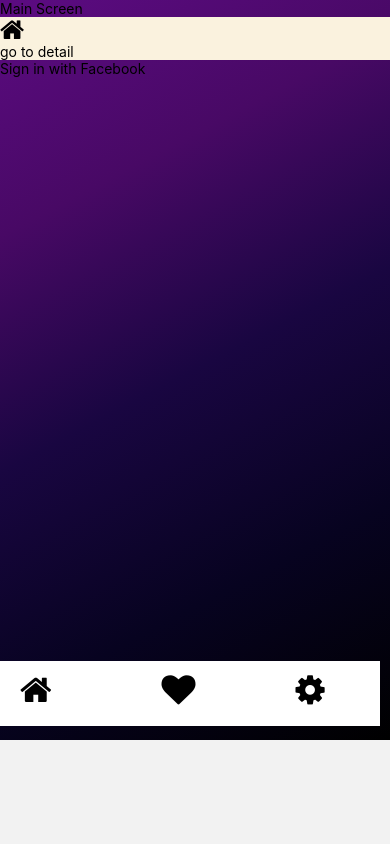
Repository: eyebone/barManager
Screen: /Main
An editor plug-in stored every save of this project. The screen is shown before and after the next save, followed by the edit.
The app was drawn by React Native's web renderer in a window 390 px wide. The project was rebuilt for these pictures with package versions that can differ from the ones it lists, and the page was loaded fresh each time. Some packages were replaced by stand-ins written for this rebuild. Also part of the build but not shown: components/EmojiPicker.js, components/Button.js, components/ImageViewer.js, components/circleButton.js, components/IconButton.js, view/ViewOne.js, view/Sign.js.

Above is the screen before, as saved 2023-06-27 09:06:13.

### App.js
// In App.js in a new project

import * as React from "react";
import { Button, View, Text, StyleSheet, Pressable, Alert } from "react-native";
// import React-native from 'react-native';
import { NavigationContainer } from "@react-navigation/native";
import { createNativeStackNavigator } from "@react-navigation/native-stack";
import { ViewOne } from "./view/ViewOne";
import { SignView } from "./view/Sign";
import { LinearGradient } from "expo-linear-gradient";
import FontAwesome from "react-native-vector-icons/FontAwesome";
import { MainView } from "./view/Main";
import { NavigationBar } from "./components/NavigationBar";
function HomeScreen({ navigation }) {
  return (
    <View style={styles.container}>
      <LinearGradient
        start={{ x: 0, y: 0 }}
        end={{ x: 1, y: 1 }}
        colors={["#5c0b82", "#480965", "#190641", "#070320", "#000000"]}
        style={styles.linearGradient}
      >
        <Text>Home Screen</Text>
        <Pressable
          style={(styles.button, { backgroundColor: "#faf2de" })}
          onPress={() => navigation.push("test")}
        >
          <FontAwesome name="home" size={26} style={{ paddingRight: 8 }} />
          <Text>go to detail</Text>
        </Pressable>

        <Button
          title="Go to Sign"
          onPress={() => navigation.navigate("sign")}
        />
        <Text style={styles.buttonText}>Sign in with Facebook</Text>
      </LinearGradient>
    </View>
  );
}

const Stack = createNativeStackNavigator();

function App() {
  return (
    <NavigationContainer style={styles.container}>
      <Stack.Navigator initialRouteName="Home">
        <Stack.Screen
          name="Home"
          component={HomeScreen}
          // options={{ title: "Overview", backgroundColor: "transparent" }}
          options={{ headerShown: false }}
        />

        <Stack.Screen name="test" component={ViewOne} />
        <Stack.Screen
          name="sign"
          component={SignView}
          options={{ headerShown: false }}
        />
        <Stack.Screen
          name="Main"
          component={MainView}
          options={{ headerShown: false }}
        />
      </Stack.Navigator>
    </NavigationContainer>
  );
}

export default App;

const styles = StyleSheet.create({
  container: {
    flex: 1,
    flexDirection: "column",
    backgroundColor: "#000000",
    //    alignItems: 'center',
  },
  linearGradient: {
    height: 740,
  },
  button: {
    borderRadius: 10,
    width: 300,
    height: 30,
    alignItems: "center",
    justifyContent: "center",
    flexDirection: "row",
  },
});

### view/Main.js
// 这是主界面

import { useState } from "react";
import { StatusBar } from "expo-status-bar";
import { StyleSheet, View } from "react-native";
import * as ImagePicker from "expo-image-picker";
import EmojiPicker from "../components/EmojiPicker";
import Button from "../components/Button";
import ImageViewer from "../components/ImageViewer";
import CircleButton from "../components/circleButton";
import IconButton from "../components/IconButton";
import { NavigationContainer } from "@react-navigation/native";
import { createNativeStackNavigator } from "@react-navigation/native-stack";
import { Text, Pressable } from "react-native";
import { NavigationBar } from "../components/NavigationBar";
import { LinearGradient } from "expo-linear-gradient";
import FontAwesome from "react-native-vector-icons/FontAwesome";

export function MainView({ navigation }) {
  return (
    <LinearGradient
      start={{ x: 0, y: 0 }}
      end={{ x: 1, y: 1 }}
      colors={["#5c0b82", "#480965", "#190641", "#070320", "#000000"]}
      style={styles.linearGradient}
    >
      <Text>Main Screen</Text>
      <Pressable
        style={(styles.button, { backgroundColor: "#faf2de" })}

      >
        <FontAwesome name="home" size={26} style={{ paddingRight: 8 }} />
        <Text>go to detail</Text>
      </Pressable>


      <Text style={styles.buttonText}>Sign in with Facebook</Text>
      <NavigationBar />
    </LinearGradient>
  );
}

const styles = StyleSheet.create({
  container: {
    flex: 1,
    flexDirection: "column",
    backgroundColor: "#000000",
    //    alignItems: 'center',
  },
  linearGradient: {
    height: 740,
  },
  button: {
    borderRadius: 10,
    width: 300,
    height: 30,
    alignItems: "center",
    justifyContent: "center",
    flexDirection: "row",
  },
});

### components/NavigationBar.js
//这是底部导航栏
import { StatusBar } from "expo-status-bar";
import { StyleSheet, View, Text } from "react-native";
import Button from "../components/Button";
import ImageViewer from "../components/ImageViewer";
import * as ImagePicker from "expo-image-picker";
import { useState } from "react";
const PlaceholderImage = require("../assets/images/background-image.png");
import * as React from "react";
import FontAwesome from "react-native-vector-icons/FontAwesome";
import {
  FlatList,
  Image,
  Platform,
  Pressable,
  PixelRatio,
  TextInput,
  Alert,
} from "react-native";
import { NavigationContainer } from "@react-navigation/native";
import { createNativeStackNavigator } from "@react-navigation/native-stack";
import { LinearGradient } from "expo-linear-gradient";
import CircleButton from "./circleButton";
export function NavigationBar({ navigation }) {
  return (
    <View style={styles.bar}>
      <Pressable
        style={{ marginLeft: 20, marginTop: 12 }}
        onPress={() => navigation.push("Home")}
      >
        <FontAwesome name="home" size={34}></FontAwesome>
      </Pressable>
      <Pressable>
        <FontAwesome
          name="heart"
          size={34}
          style={{ marginLeft: 110, marginTop: 12 }}
        ></FontAwesome>
      </Pressable>
      {/* <CircleButton /> */}
      <Pressable>
        <FontAwesome
          name="cog"
          size={34}
          style={{ marginLeft: 100, marginTop: 12 }}
        ></FontAwesome>
      </Pressable>
    </View>
  );
}

const styles = StyleSheet.create({
  bar: {
    width: 380,
    height: 65,
    backgroundColor: "#fff",
    marginTop: 584,
    flexDirection: "row",
  },
});

After the next save:
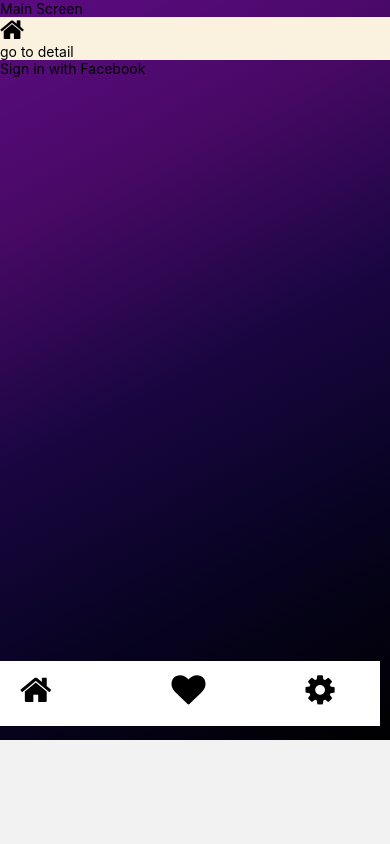
Saved 6 s later.
--- a/components/NavigationBar.js
+++ b/components/NavigationBar.js
@@ -34,7 +34,7 @@ export function NavigationBar({ navigation }) {
         <FontAwesome
           name="heart"
           size={34}
-          style={{ marginLeft: 110, marginTop: 12 }}
+          style={{ marginLeft: 120, marginTop: 12 }}
         ></FontAwesome>
       </Pressable>
       {/* <CircleButton /> */}
